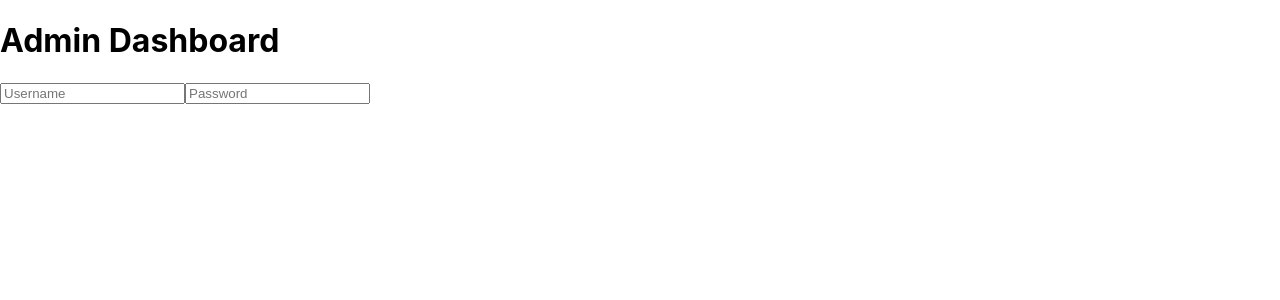
Repository: AfifaNoor/CRUD
Page: /dashboard
The author's editor kept a copy of each file at every save. The page is drawn from the files as they stood at one save, then again after the next save.
The browser window is 1280 px wide. The pictures show the whole page.
The project was rebuilt for these pictures with package versions that can differ from the ones it lists, and the page was loaded fresh each time. Also part of the build but not shown: src/AdminPage.css.

Above is the page before, as saved 2025-06-10 13:45:28.

After the next save:
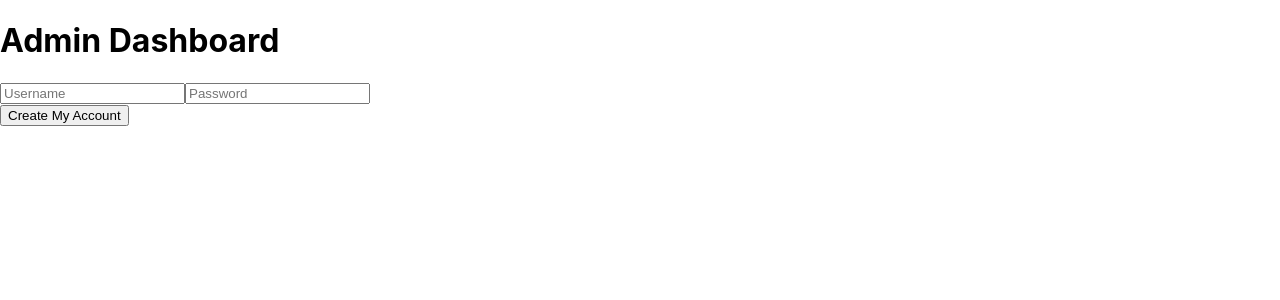
Saved 39 s later.
--- a/src/AdminPage.jsx
+++ b/src/AdminPage.jsx
@@ -7,7 +7,9 @@ const AdminPage = () => {
       <h1>Admin Dashboard</h1>
       <input type='text' placeholder='Username' className='form-input' required/>
       <input type='password' placeholder='Password'  className='form-input' required/>
-      {/* Add more admin functionalities here */}
+      <div className="form-button">
+        <button type="submit">Create My Account</button>
+      </div>
     </div>
   );
 };
